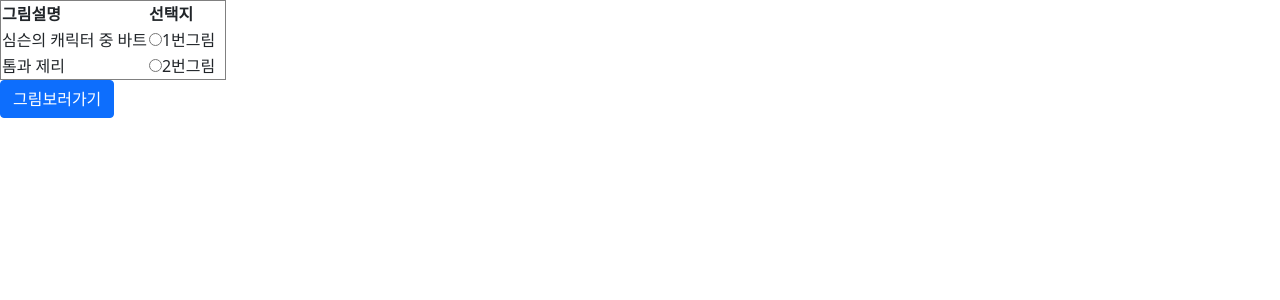
Repository: SimpleRan/jsp_paractice2
Page: http://localhost/JSPBasic/jspobject/request/req_photo.jsp
An editor plug-in stored every save of this project. The page is shown before and after the next save, followed by the edit.
The browser window is 1280 px wide. The pictures show the whole page.
The page is served by Tomcat 9.

Above is the page before, as saved 2022-03-28 08:19:31.

After the next save:
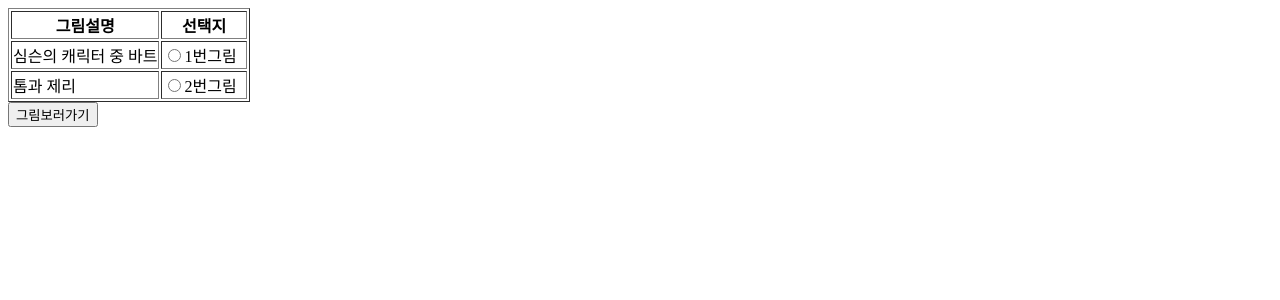
Saved 57 s later.
--- a/JSPBasic/src/main/webapp/jspobject/request/req_photo.jsp
+++ b/JSPBasic/src/main/webapp/jspobject/request/req_photo.jsp
@@ -8,7 +8,7 @@
 
 <html>
 <head>
-<link href="https://cdn.jsdelivr.net/npm/bootstrap@5.1.3/dist/css/bootstrap.min.css" rel="stylesheet" integrity="sha384-1BmE4kWBq78iYhFldvKuhfTAU6auU8tT94WrHftjDbrCEXSU1oBoqyl2QvZ6jIW3" crossorigin="anonymous">
+
 <meta charset="UTF-8">
 <title>Insert title here</title>
 </head>
